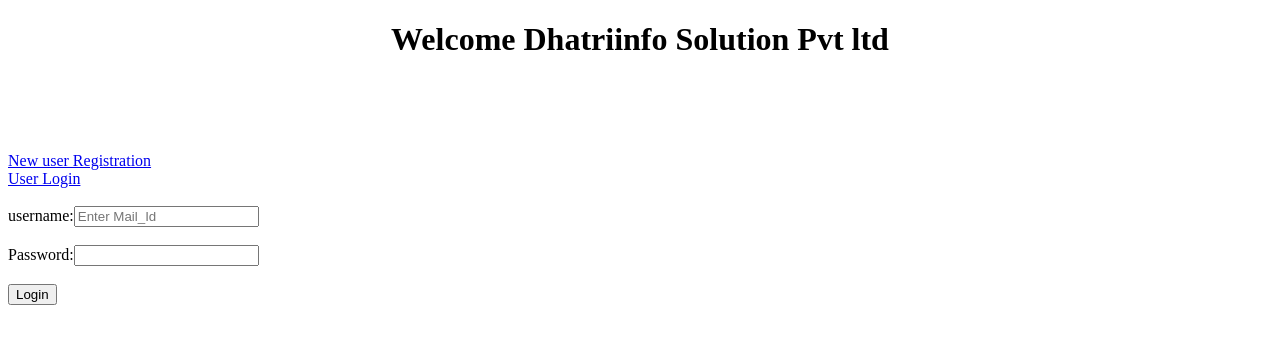
Repository: AbubakarShaik/Java_J2EE_Project
Page: com.testprojectServlet/WebContent/index.html
The author's editor kept a copy of each file at every save. The page is drawn from the files as they stood at one save, then again after the next save.
The browser window is 1280 px wide. The pictures show the whole page.

Above is the page before, as saved 2016-12-22 07:20:31.

### com.testprojectServlet/WebContent/index.html
<!DOCTYPE html>
<html>
<head>
<meta charset="ISO-8859-1">

</head>

<body>
<center>
<h1>Welcome Dhatriinfo Solution Pvt ltd </h1>
</center>
<br>
</br>
<br>
</br>



<a href="Registration.jsp"> New user Registration</a><br>
<a href="login.jsp"> <right>User Login</right></a>
<br>
</br>

<div>
<align="right">

<td>username:<input type="text" name="UserName" placeholder="Enter Mail_Id"></td>
<br>
</br>
<td>Password:<input type="text" name="Password"></td>
<br>
</br>
<td> <input type="Submit" value="Login"> </td>

</div>

</body>
</html>

After the next save:
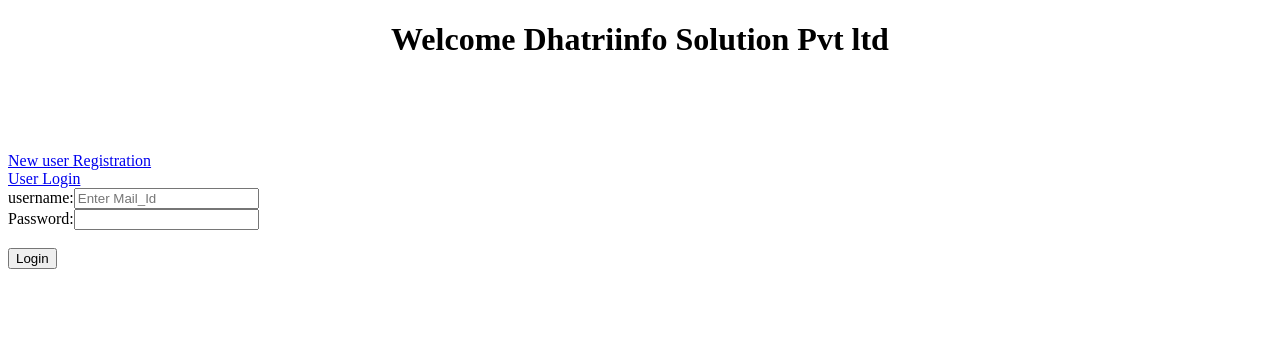
Saved 116 s later.
--- a/com.testprojectServlet/WebContent/index.html
+++ b/com.testprojectServlet/WebContent/index.html
@@ -19,13 +19,13 @@
 <a href="Registration.jsp"> New user Registration</a><br>
 <a href="login.jsp"> <right>User Login</right></a>
 <br>
-</br>
+
 
 <div>
 <align="right">
+<tr>
+<td>username:<input type="text" name="UserName" placeholder="Enter Mail_Id"></td>
 
-<td>username:<input type="text" name="UserName" placeholder="Enter Mail_Id"></td>
-<br>
 </br>
 <td>Password:<input type="text" name="Password"></td>
 <br>
